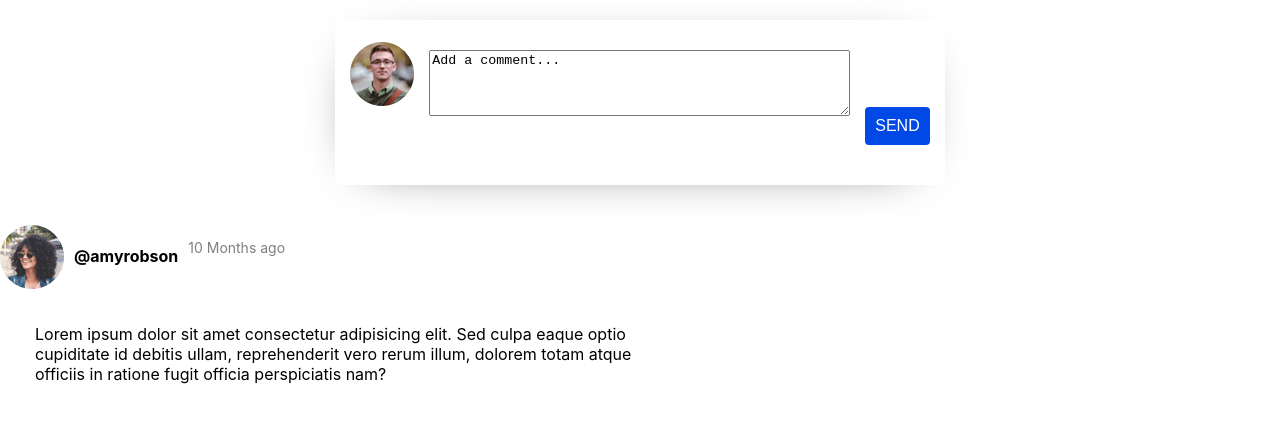
Repository: badhon252/interactive-comments-section
Page: /
An editor plug-in stored every save of this project. The page is shown before and after the next save, followed by the edit.
The browser window is 1280 px wide. The pictures show the whole page.
The project was rebuilt for these pictures with package versions that can differ from the ones it lists, and the page was loaded fresh each time.

Above is the page before, as saved 2022-01-27 22:14:16.

### public/index.html
<!DOCTYPE html>
<html lang="en">

<head>
  <meta charset="utf-8" />
  <link rel="icon" href="%PUBLIC_URL%/favicon.ico" />
  <meta name="viewport" content="width=device-width, initial-scale=1" />
  <meta name="theme-color" content="#000000" />
  <meta name="description" content="Web site created using create-react-app" />
  <link rel="apple-touch-icon" href="%PUBLIC_URL%/logo192.png" />

  <link rel="manifest" href="%PUBLIC_URL%/manifest.json" />

  <title>interactive-comments-section</title>
</head>

<body>
  <noscript>You need to enable JavaScript to run this app.</noscript>
  <div id="root"></div>

</body>

</html>

### src/App.js
import WriteComments from "./components/WriteComments";
// import WriteComments from "./components/WriteComments";

function App() {
  return (
    <div className="App">
      <WriteComments />
    </div>
  );
}

export default App;

### src/components/WriteComments.js
import React from "react";
import "../App.css";
import Avatar from "../images/avatars/image-juliusomo.png";
import Comments from "./Comments";
export default function WriteComments() {
  return (
    <div className="main-div">
      <div className="comment-input ">
        <form action="" className="comment-section shadow">
          <img src={Avatar} alt="images" className="my-img" />
          <textarea name="" id="" rows="4" cols="50">
            Add a comment...
          </textarea>
          <button className="submit-btn">SEND</button>
        </form>{" "}
      </div>
      <Comments />
    </div>
  );
}

### src/App.css
.main-div {
  /* width: 40rem; */
  margin: auto;
}
.comment-input {
  display: flex;
  justify-content: center;
}
.comment-section {
  padding: 15px;
  margin: 20px;
  border-radius: 7px;
}

.submit-btn {
  background-color: rgb(0, 73, 231);
  color: white;
  border: none;
  border-radius: 4px;
  font-size: 1rem;
  padding: 10px;
  margin-bottom: 25px;
  /* align-items: flex-start; */
}

.my-img {
  max-width: 80%;
  margin-bottom: 25px;
}
textarea {
  margin: 15px;
}

.shadow {
  box-shadow: -3px 7px 54px -36px rgba(0, 0, 0, 1);
  -webkit-box-shadow: -3px 7px 54px -36px rgba(0, 0, 0, 1);
  -moz-box-shadow: -3px 7px 54px -36px rgba(0, 0, 0, 1);
}

/* single comment section ==== */
.comments {
  margin: 20px auto;
}
.profile-info {
  display: flex;
  justify-content: left;
}
.random-img {
  max-width: 100%;
}
.name {
  padding: 0 10px;
}
.single-comment {
  width: 40rem;
  padding: 15px;
  margin: 20px;
}

.time {
  font-size: 14px;
  opacity: 50%;
}

### src/components/Comments.js
import React from "react";
import avartar from "../images/avatars/image-amyrobson.png";
const Comments = () => {
  return (
    <div className="comments">
      <div className="profile-info">
        <img src={avartar} alt="" className="random-img" />
        <h4 className="name">@amyrobson</h4>

        <p className="time">10 Months ago</p>
      </div>

      <p className="single-comment">
        Lorem ipsum dolor sit amet consectetur adipisicing elit. Sed culpa eaque
        optio cupiditate id debitis ullam, reprehenderit vero rerum illum,
        dolorem totam atque officiis in ratione fugit officia perspiciatis nam?
      </p>
    </div>
  );
};

export default Comments;

Loaded but not shown: src/index.js (common file); src/index.css (common file); src/reportWebVitals.js (common file)

After the next save:
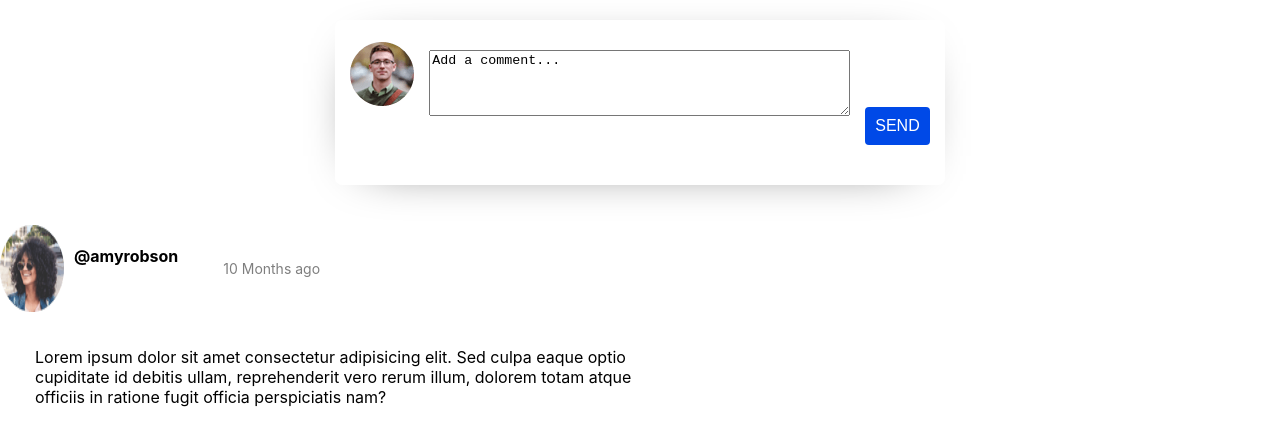
Saved 18 s later.
--- a/src/App.css
+++ b/src/App.css
@@ -60,4 +60,6 @@
 .time {
   font-size: 14px;
   opacity: 50%;
+  padding: 15px;
+  margin: 20px;
 }

After the save that followed:
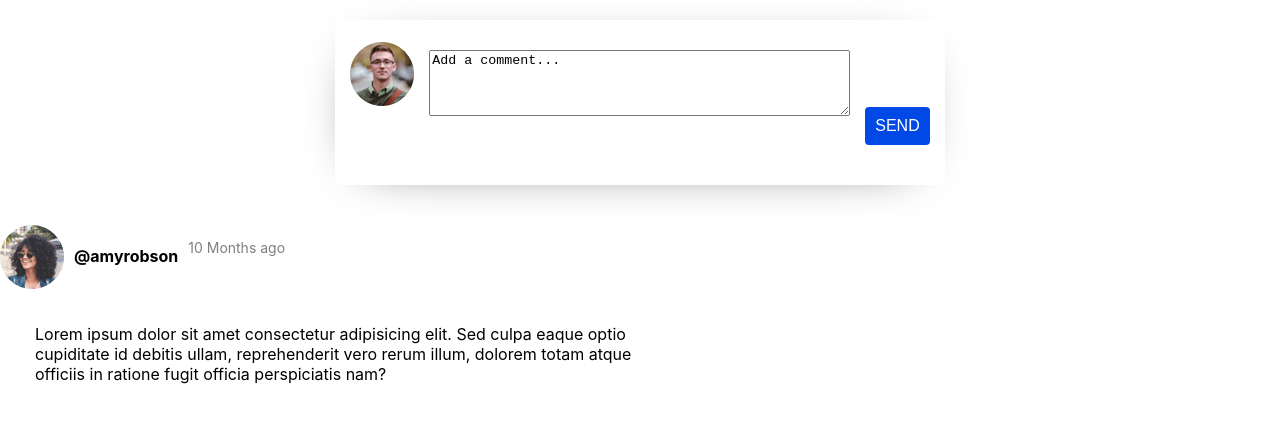
Saved 5 s later.
--- a/src/App.css
+++ b/src/App.css
@@ -60,6 +60,4 @@
 .time {
   font-size: 14px;
   opacity: 50%;
-  padding: 15px;
-  margin: 20px;
 }
